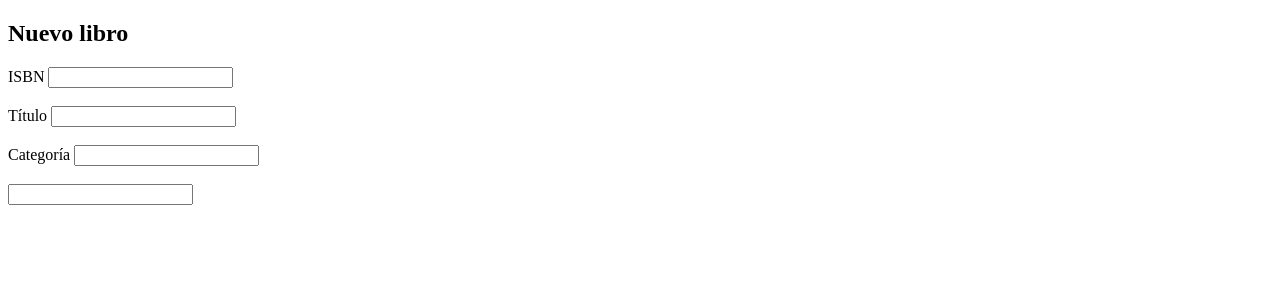
Repository: viorelrosu/spring
Page: http://localhost/Clase/jsp/LibroNew.jsp
The author's editor kept a copy of each file at every save. The page is drawn from the files as they stood at one save, then again after the next save.
The browser window is 1280 px wide. The pictures show the whole page.
The page is served by Tomcat 9.

Above is the page before, as saved 2021-01-20 12:45:27.

After the next save:
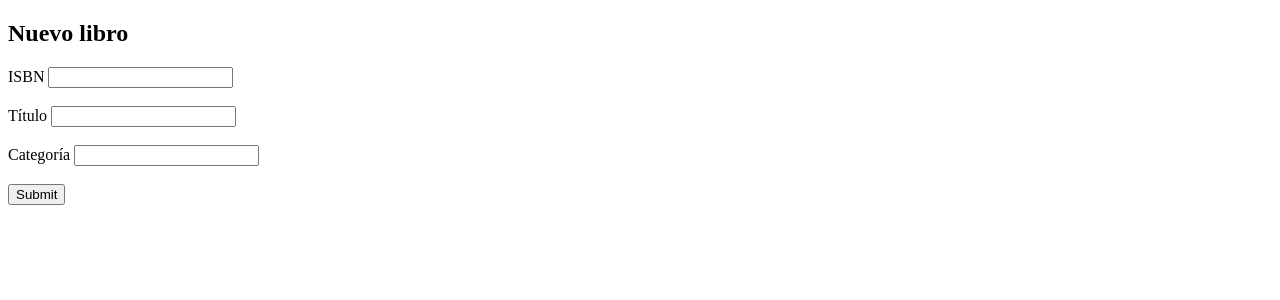
Saved 25 s later.
--- a/Clase/WebContent/jsp/LibroNew.jsp
+++ b/Clase/WebContent/jsp/LibroNew.jsp
@@ -12,7 +12,7 @@
 	ISBN <input type="text" name="isbn" ><br><br>
 	Título <input type="text" name="titulo" ><br><br>
 	Categoría <input type="text" name="categoria" ><br><br>
-	<input type=\"submit\">
+	<input type="submit">
 </form>
 </body>
 </html>
